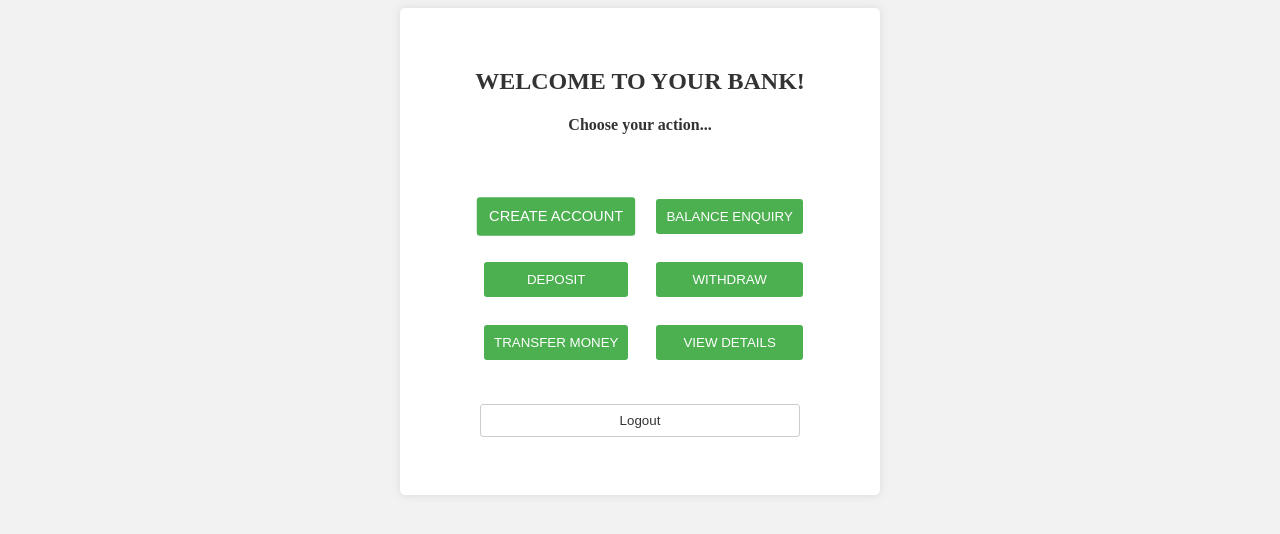
Repository: mansistic-0n3/Java_IGT
Page: Java Project/BankServlet/src/main/webapp/Home.html
These files come from the project's save history. The page is drawn as it stood at one moment and after the next save; the edit follows.
The browser window is 1280 px wide. The pictures show the whole page.
The pointer rests on the first visible `.button`.

Above is the page before, as saved 2023-07-03 06:11:13.

### Java Project/BankServlet/src/main/webapp/Home.html
<!DOCTYPE html>
<html>
<head>
  <title>BANK</title>
  <style>
 .button{
  width: 100%;
  padding: 10px;
  border-radius: 3px;
  border: none;
  background-color: #4CAF50;
  color: #ffffff;
  cursor: pointer;
 }
 .button:hover {
      transform: scale(1.1);
    }
  </style>
</head>
<body style="background-color: #f2f2f2; text-align:center;">
<div style="max-width: 400px; margin: 0 auto; padding: 40px; background-color: #ffffff; border-radius: 5px; box-shadow: 0 0 10px rgba(0, 0, 0, 0.1);">
 <h2 style="text-align: center; color: #333333;">WELCOME TO YOUR BANK!</h2>
 <h4 style="text-align: center; color: #333333;">Choose your action...</h4>
  <div style="display: grid; grid-template-columns: repeat(2, 1fr); gap: 20px; max-width: 400px; margin: 0 auto; padding: 40px;">
   <form action="create.html"> <div style="text-align: center;padding:4px;">
      <input type="submit" value = "CREATE ACCOUNT" class="button">
    </div></form>
    <form action="Bal.html"> <div style="text-align: center;padding:4px;">
      <input type="submit" value = "BALANCE ENQUIRY" class="button">
    </div></form>
   <form action="Deposit.html"> <div style="text-align: center;padding:4px;">
      <input type="submit" value = "DEPOSIT" class="button">
    </div></form>
    <form action="Withdraw.html"> <div style="text-align: center; padding:4px;">
      <input type="submit" value = "WITHDRAW" class="button">
    </div></form>
     <form action="transfer.html"> <div style="text-align: center; padding:4px;">
      <input type="submit" value = "TRANSFER MONEY" class="button">
    </div></form>
    <form action="detail.html"> <div style="text-align: center; padding:4px;">
      <input type="submit" value = "VIEW DETAILS" class="button">
    </div></form>
  </div>

      <form action="login.html">
        <input type="submit" value="Logout" style="width: 80%; padding: 8px; border-radius: 3px; border: 1px solid #cccccc; background-color: #ffffff; color: #333333; cursor: pointer;">
      <br><br></form></div>
</body>
</html>

After the next save:
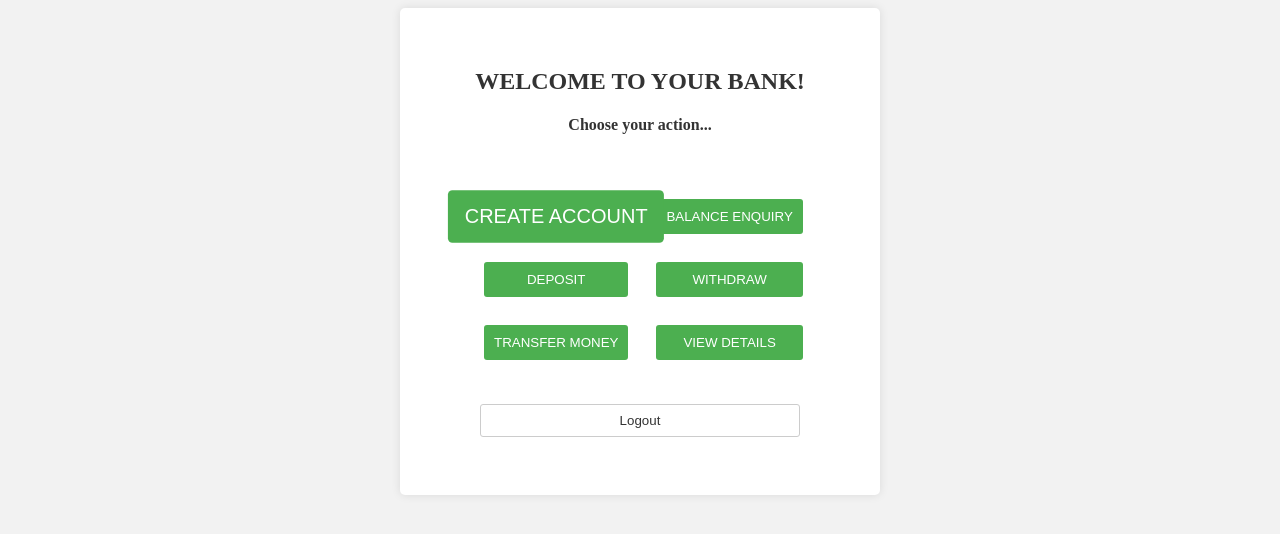
Saved 20 s later.
--- a/Java Project/BankServlet/src/main/webapp/Home.html
+++ b/Java Project/BankServlet/src/main/webapp/Home.html
@@ -13,7 +13,7 @@
   cursor: pointer;
  }
  .button:hover {
-      transform: scale(1.1);
+      transform: scale(1.5);
     }
   </style>
 </head>
